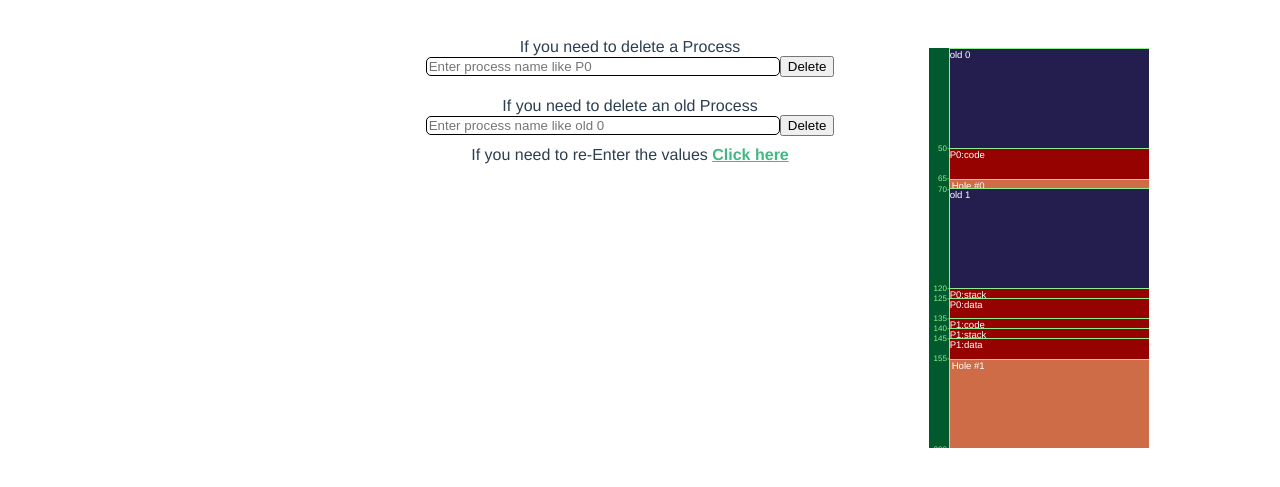
Repository: atout811/memory-allocation-project
Page: /#/final
An editor plug-in stored every save of this project. The page is shown before and after the next save, followed by the edit.
The browser window is 1280 px wide. The pictures show the whole page.
The project was rebuilt for these pictures with package versions that can differ from the ones it lists, and the page was loaded fresh each time. Also part of the build but not shown: src/views/MemoryAndHoles.vue, src/views/Process.vue, src/views/Methods.vue.

Above is the page before, as saved 2021-06-10 18:50:48.

After the next save:
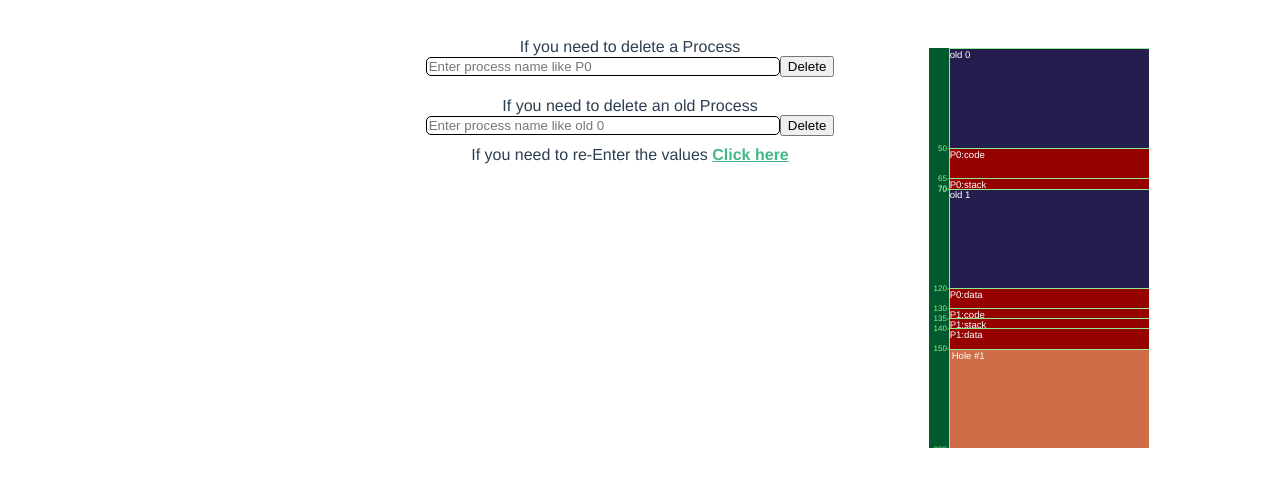
Saved 16 s later.
--- a/src/store/index.js
+++ b/src/store/index.js
@@ -26,7 +26,7 @@
           ],
         },
       ],
-      Method: "best-fit",
+      Method: "first-fit",
     },
   },
   mutations: {},

After the save that followed:
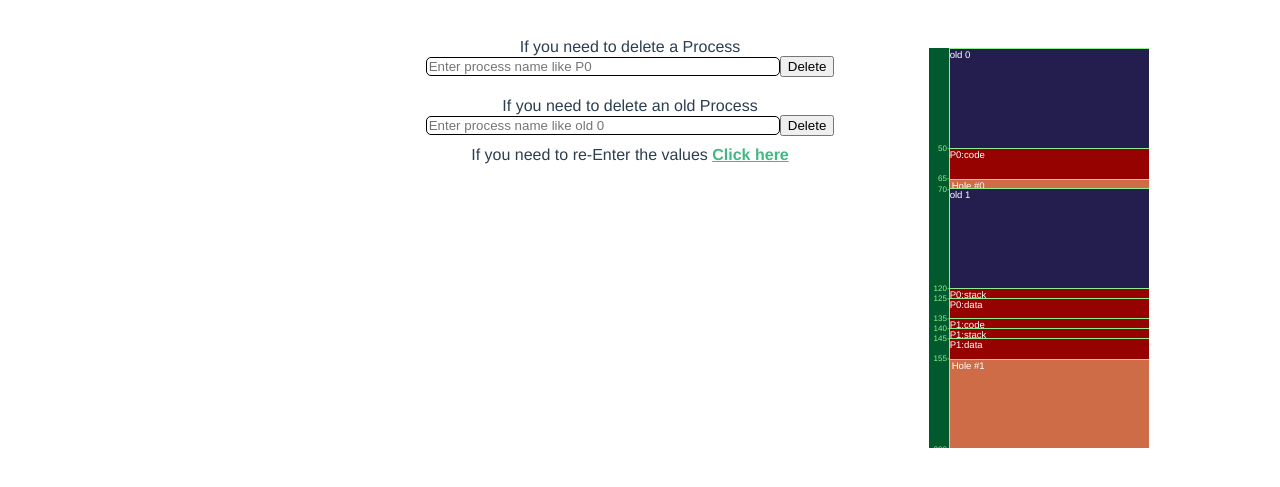
Saved 27 s later.
--- a/src/store/index.js
+++ b/src/store/index.js
@@ -26,7 +26,7 @@
           ],
         },
       ],
-      Method: "first-fit",
+      Method: "best-fit",
     },
   },
   mutations: {},
